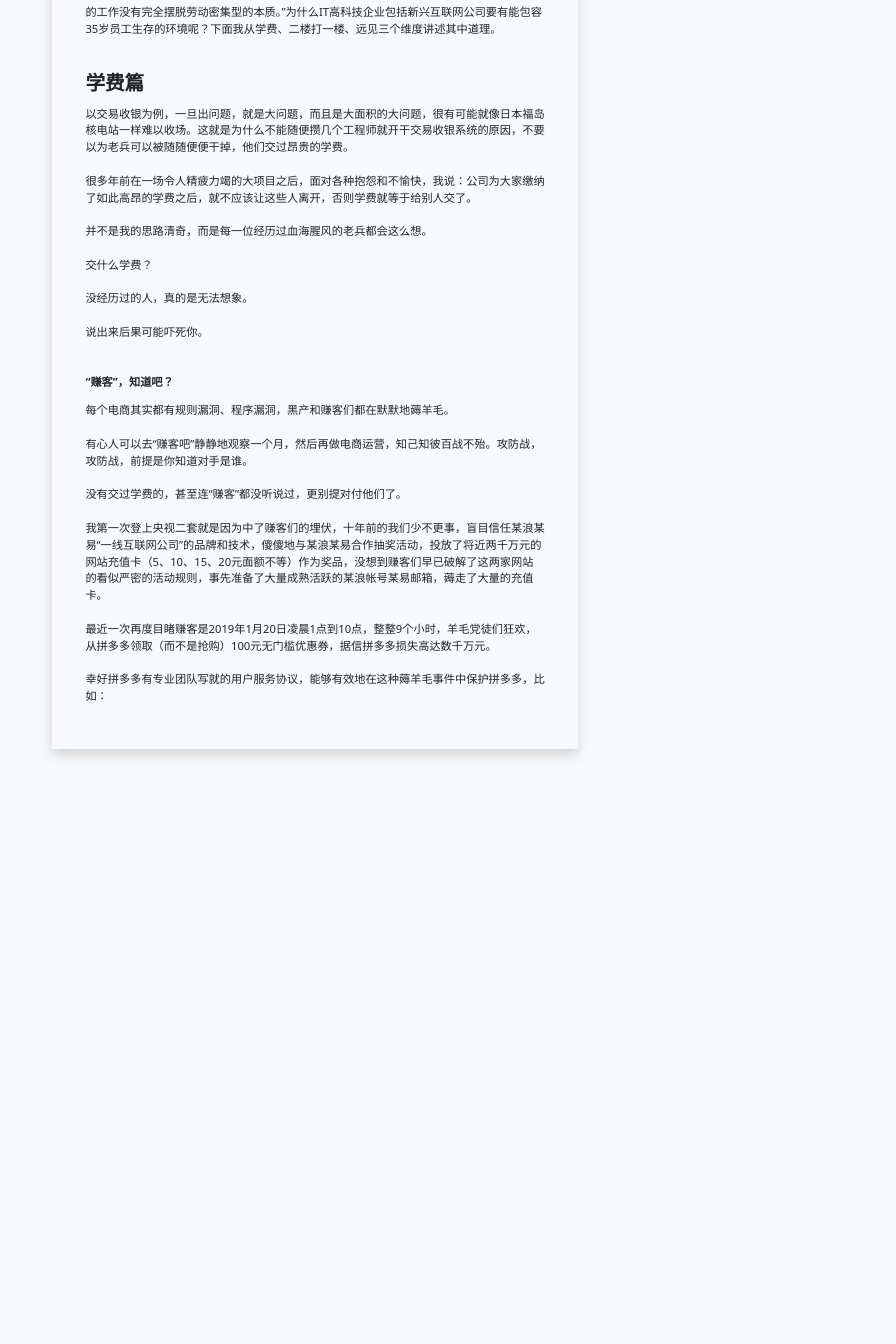
Repository: herjuandlonely/github.io
Page: index-blog.html
These files come from the project's save history. The page is drawn as it stood at one moment and after the next save; the edit follows.
The browser window is 1280 px wide. The pictures show the part of the page from y = 1080 to 3000 px (the page is 3000 px tall), at 70% of full size.
Backgrounds fixed to the window are drawn as part of the page.

Above is the page before, as saved 2022-06-30 19:57:08.

### index-blog.html
<!DOCTYPE html>
<html lang="en">
<head>
    <meta charset="UTF-8">
    <meta http-equiv="X-UA-Compatible" content="IE=edge">
    <meta name="viewport" content="width=device-width, initial-scale=1.0">
    <link rel="stylesheet" href="./bootstrap-4.6.1-dist/css/bootstrap.min.css">
    <link rel="stylesheet" href="./CSS/index-blog.css">
    <link rel="stylesheet" href="./CSS/normalize.css">
    <link rel="stylesheet" href="./icon/font_3484823_t6q6q64gri/iconfont.css">
    <script src="./bootstrap-4.6.1-dist/js/bootstrap.bundle.min.js"></script>
    <title>何亚Herju- Blog -抛弃35岁员工是一种罪</title>
</head>
<body style="height: 3000px;" class=" bg-light">
    <!-- nav start -->
    <div class="container-fluid px-0 shadow navbarControl">
        <nav class="navbar navbar-expand-md navbar-dark navbarBg">
            <div class="container-fluid px-4">
                <a href="index.html" class="navbar-brand ms-4">Herju's Home</a>
                <button class="navbar-toggler" data-bs-toggle="collapse" data-bs-target="#foldBtn">
                    <span class="navbar-toggler-icon"></span>
                </button>
                <div class="collapse navbar-collapse" id="foldBtn">
                    <ul class="navbar-nav ms-auto me-4 navbarCli">
                        <li class="nav-item text-center">
                            <a class="nav-link fw-lighter" href="index.html#bk">博客 Blog</a>
                        </li>
                        <li class="nav-item text-center">
                            <a class="nav-link fw-lighter" href="index.html#jn">技能 Skill</a>
                        </li>
                        <li class="nav-item text-center">
                            <a class="nav-link fw-lighter" href="index.html#ab">关于 About</a>
                        </li>
                        <li class="nav-item text-center">
                            <a class="nav-link fw-lighter" href="index.html#lx">联系我 Call</a>
                        </li>
                    </ul>
                </div>
            </div>
        </nav>
    </div>
    <!-- nav end -->

    <!-- baneer start -->
    <div class="banner position-relative">
        <div class=" position-absolute w-100 h-100 bg-primary" style="opacity: .7;"></div>
        <div class=" position-absolute w-100 h-100 py-5" style="z-index: 3;">
            <h1 class=" text-light text-center display-2 mb-0">博客 Blog</h1>
            <nav class=" text-light mbShit mt-5 mt-md-4" >
                <ol class="breadcrumb d-flex justify-content-center">
                    <li class="breadcrumb-item">
                        <a href="index.html" class="text-light text-decoration-none fw-bold">Home</a>
                    </li>
                    <li class="breadcrumb-item">Blog</li>
                </ol>
            </nav>
            <h1 class="text-center text-light mt-5 mt-md-4">抛弃35岁员工是一种罪</h1>
        </div>
    </div>
    <!-- baneer start -->

    <!-- content start -->
    <div class="container">
        <div class="row py-5">
            <div class="col-lg-8 col-12 px-1">
                <div class="shadow bg-light p-5">
                    <img src="./image/piqsels.com-id-fggmp.png" class="img-fluid">
                    <h4 class=" mt-3">
                        程序类(Programmer) - 抛弃35岁员工是一种罪
                    </h4>
                    <ul class='border-start border-3 border-primary list-unstyled d-flex'>
                        <li class=" ms-3">
                            <a href="#" class=" text-decoration-none d-flex align-items-center">
                                <svg xmlns="http://www.w3.org/2000/svg" width="16" height="16" fill="currentColor" class="bi bi-person-fill text-dark me-1" viewBox="0 0 16 16">
                                    <path d="M3 14s-1 0-1-1 1-4 6-4 6 3 6 4-1 1-1 1H3zm5-6a3 3 0 1 0 0-6 3 3 0 0 0 0 6z"/>
                                  </svg>
                                郑昀
                            </a>
                        </li>
                        <li class=" ms-3">
                            <a href="#" class=" text-decoration-none d-flex align-items-center">
                                <svg xmlns="http://www.w3.org/2000/svg" width="16" height="16" fill="currentColor" class="bi bi-tags-fill text-dark me-1" viewBox="0 0 16 16">
                                    <path d="M2 2a1 1 0 0 1 1-1h4.586a1 1 0 0 1 .707.293l7 7a1 1 0 0 1 0 1.414l-4.586 4.586a1 1 0 0 1-1.414 0l-7-7A1 1 0 0 1 2 6.586V2zm3.5 4a1.5 1.5 0 1 0 0-3 1.5 1.5 0 0 0 0 3z"/>
                                    <path d="M1.293 7.793A1 1 0 0 1 1 7.086V2a1 1 0 0 0-1 1v4.586a1 1 0 0 0 .293.707l7 7a1 1 0 0 0 1.414 0l.043-.043-7.457-7.457z"/>
                                  </svg>
                                Web Design
                            </a>
                        </li>
                        <li class=" ms-3">
                            <a href="#" class=" text-decoration-none d-flex align-items-center">
                                <svg xmlns="http://www.w3.org/2000/svg" width="16" height="16" fill="currentColor" class="bi bi-chat-left-dots-fill text-dark me-1" viewBox="0 0 16 16">
                                    <path d="M0 2a2 2 0 0 1 2-2h12a2 2 0 0 1 2 2v8a2 2 0 0 1-2 2H4.414a1 1 0 0 0-.707.293L.854 15.146A.5.5 0 0 1 0 14.793V2zm5 4a1 1 0 1 0-2 0 1 1 0 0 0 2 0zm4 0a1 1 0 1 0-2 0 1 1 0 0 0 2 0zm3 1a1 1 0 1 0 0-2 1 1 0 0 0 0 2z"/>
                                  </svg>
                                19
                            </a>
                        </li>
                    </ul>
                    <p class="mb-2">在《别急着抛弃35岁员工》中王新喜说：“年龄焦虑，尤其是35岁焦虑，蔓延在每个互联网中年男人的头上。有人一针见血指出，科技互联网行业对高龄员工的偏见，是因为这些员工从事的工作没有完全摆脱劳动密集型的本质。”为什么IT高科技企业包括新兴互联网公司要有能包容35岁员工生存的环境呢？下面我从学费、二楼打一楼、远见三个维度讲述其中道理。</p>
                    <h3 class=" fw-bold mt-5">学费篇</h3>
                    <p class="mt-3">以交易收银为例，一旦出问题，就是大问题，而且是大面积的大问题，很有可能就像日本福岛核电站一样难以收场。这就是为什么不能随便攒几个工程师就开干交易收银系统的原因，不要以为老兵可以被随随便便干掉，他们交过昂贵的学费。<br><br>
                        很多年前在一场令人精疲力竭的大项目之后，面对各种抱怨和不愉快，我说：公司为大家缴纳了如此高昂的学费之后，就不应该让这些人离开，否则学费就等于给别人交了。<br><br>
                        并不是我的思路清奇，而是每一位经历过血海腥风的老兵都会这么想。<br><br>
                        交什么学费？<br><br>
                        没经历过的人，真的是无法想象。<br><br>
                        说出来后果可能吓死你。
                    </p>
                    <p class=" fw-bold mt-5">“赚客”，知道吧？</p>
                    <p>每个电商其实都有规则漏洞、程序漏洞，黑产和赚客们都在默默地薅羊毛。<br><br>
                        有心人可以去“赚客吧”静静地观察一个月，然后再做电商运营，知己知彼百战不殆。攻防战，攻防战，前提是你知道对手是谁。<br><br>
                        没有交过学费的，甚至连“赚客”都没听说过，更别提对付他们了。<br><br>
                        我第一次登上央视二套就是因为中了赚客们的埋伏，十年前的我们少不更事，盲目信任某浪某易“一线互联网公司”的品牌和技术，傻傻地与某浪某易合作抽奖活动，投放了将近两千万元的网站充值卡（5、10、15、20元面额不等）作为奖品，没想到赚客们早已破解了这两家网站的看似严密的活动规则，事先准备了大量成熟活跃的某浪帐号某易邮箱，薅走了大量的充值卡。<br><br>
                        最近一次再度目睹赚客是2019年1月20日凌晨1点到10点，整整9个小时，羊毛党徒们狂欢，从拼多多领取（而不是抢购）100元无门槛优惠券，据信拼多多损失高达数千万元。<br><br>
                        幸好拼多多有专业团队写就的用户服务协议，能够有效地在这种薅羊毛事件中保护拼多多，比如：
                    </p>
                    <p></p>
                </div>
            </div>
            <div class="col-lg-4"></div>
        </div>
    </div>
    <!-- content end -->

    <script src="./JS/index-blog.js"></script>
</body>
</html>

### CSS/index-blog.css
.navbarControl{
    transition: .3s;
    position: fixed;
    top: 0;
    left: 0;
    z-index: 999;
}
.navbarControl.showAndHide{
    top: -56px;
}
.navbarControl a{
    cursor: pointer;
}
.navbarBg{
    background-color: #161d27;
}
.banner{
    background: url(../image/overlay-bg.jpg) no-repeat center -180px;
    height: 356px;
    background-attachment: fixed;
    background-size: cover;
}
.mbShit{
    --bs-breadcrumb-divider: '>';
}
.mbShit ol .breadcrumb-item::before{
    color: #f8f9fa !important;
}

### icon/font_3484823_t6q6q64gri/iconfont.css
@font-face {
  font-family: "iconfont"; /* Project id 3484823 */
  src: url('iconfont.woff2?t=1656149880118') format('woff2'),
       url('iconfont.woff?t=1656149880118') format('woff'),
       url('iconfont.ttf?t=1656149880118') format('truetype');
}

.iconfont {
  font-family: "iconfont" !important;
  font-size: 16px;
  font-style: normal;
  -webkit-font-smoothing: antialiased;
  -moz-osx-font-smoothing: grayscale;
}

.icon-QQ:before {
  content: "\e882";
}

.icon-weixin:before {
  content: "\e8bb";
}

### JS/index-blog.js
(function(){
    const myBlog = {
        $: (ele) => {
            return document.querySelectorAll(ele);
        },
        "isHide": function () {
            let oldScrollTop = 0;
            let isHide = this.$('.navbarControl')[0];
            const navbarCli = this.$('.navbarCli')[0].children;

            function scrollHide () {
                let scrollTop = window.pageYOffset || this.document.documentElement.scrollTop || this.document.body.scrollTop;
                let scrollSet = scrollTop - oldScrollTop;
                oldScrollTop = scrollTop;
                if (scrollSet < 0) {
                    isHide.classList.remove('showAndHide');
                } else {
                    isHide.classList.add('showAndHide');
                    foldBtn.classList.remove('show');
                }
            }

            window.addEventListener("scroll", scrollHide);

            for (let i = 0; i < navbarCli.length; i++) {
                navbarCli[i].onclick = function () {
                    window.removeEventListener("scroll", scrollHide);
                    isHide.classList.add('showAndHide');
                    foldBtn.classList.remove('show');
                    setTimeout(() => {
                        window.addEventListener("scroll", scrollHide);
                    }, 800)
                };
                navbarCli[i].ontouchend = function () {
                    window.removeEventListener("scroll", scrollHide);
                    isHide.classList.add('showAndHide');
                    foldBtn.classList.remove('show');
                    setTimeout(() => {
                        window.addEventListener("scroll", scrollHide);
                    }, 800)
                };
            };

        }
    }

    myBlog.isHide();
})()

Loaded but not shown: bootstrap-4.6.1-dist/css/bootstrap.min.css (library); CSS/normalize.css (library); bootstrap-4.6.1-dist/js/bootstrap.bundle.min.js (library)

After the next save:
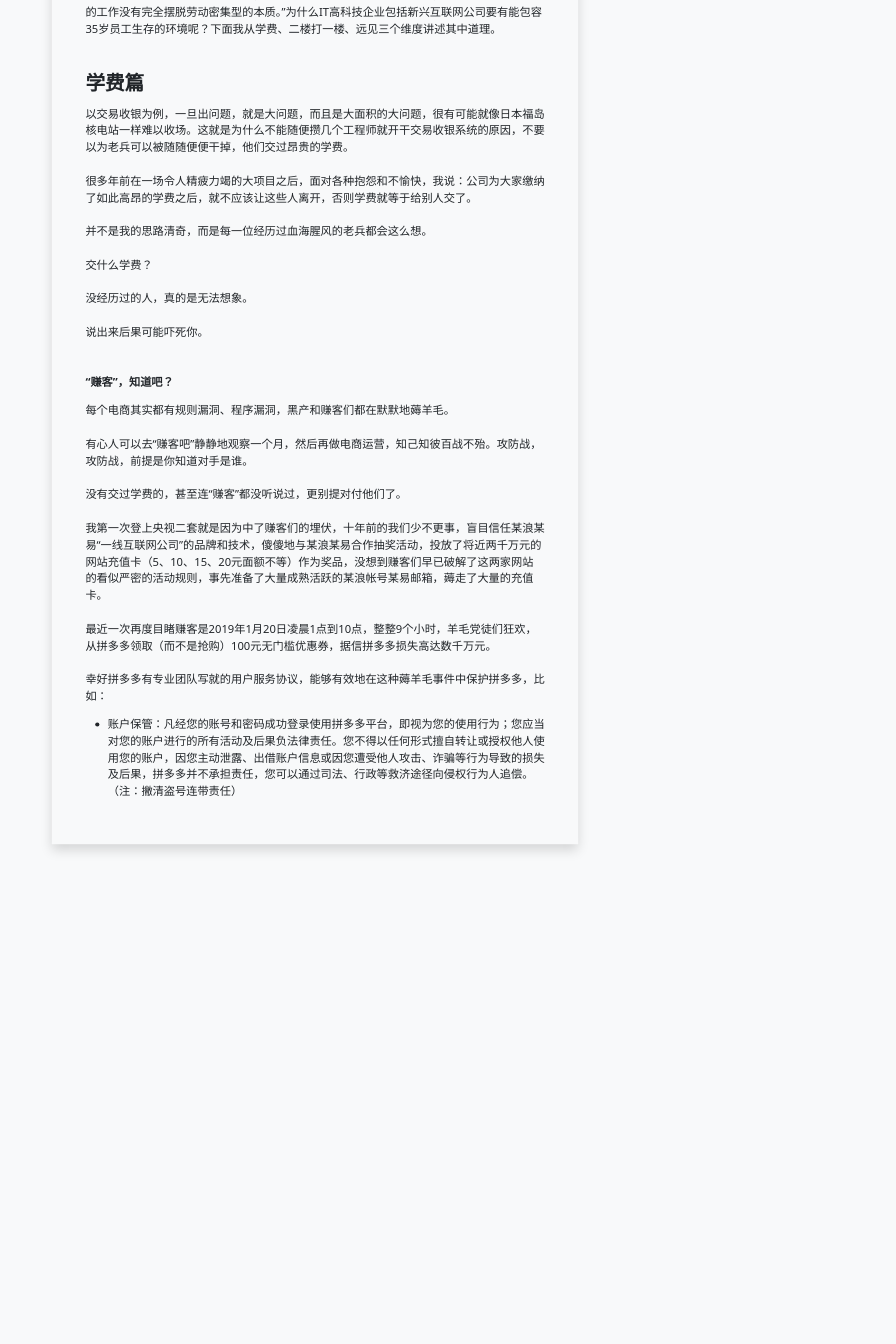
Saved 27 s later.
--- a/index-blog.html
+++ b/index-blog.html
@@ -112,7 +112,11 @@
                         最近一次再度目睹赚客是2019年1月20日凌晨1点到10点，整整9个小时，羊毛党徒们狂欢，从拼多多领取（而不是抢购）100元无门槛优惠券，据信拼多多损失高达数千万元。<br><br>
                         幸好拼多多有专业团队写就的用户服务协议，能够有效地在这种薅羊毛事件中保护拼多多，比如：
                     </p>
-                    <p></p>
+                    <ul>
+                        <li>
+                            账户保管：凡经您的账号和密码成功登录使用拼多多平台，即视为您的使用行为；您应当对您的账户进行的所有活动及后果负法律责任。您不得以任何形式擅自转让或授权他人使用您的账户，因您主动泄露、出借账户信息或因您遭受他人攻击、诈骗等行为导致的损失及后果，拼多多并不承担责任，您可以通过司法、行政等救济途径向侵权行为人追偿。（注：撇清盗号连带责任）
+                        </li>
+                    </ul>
                 </div>
             </div>
             <div class="col-lg-4"></div>
